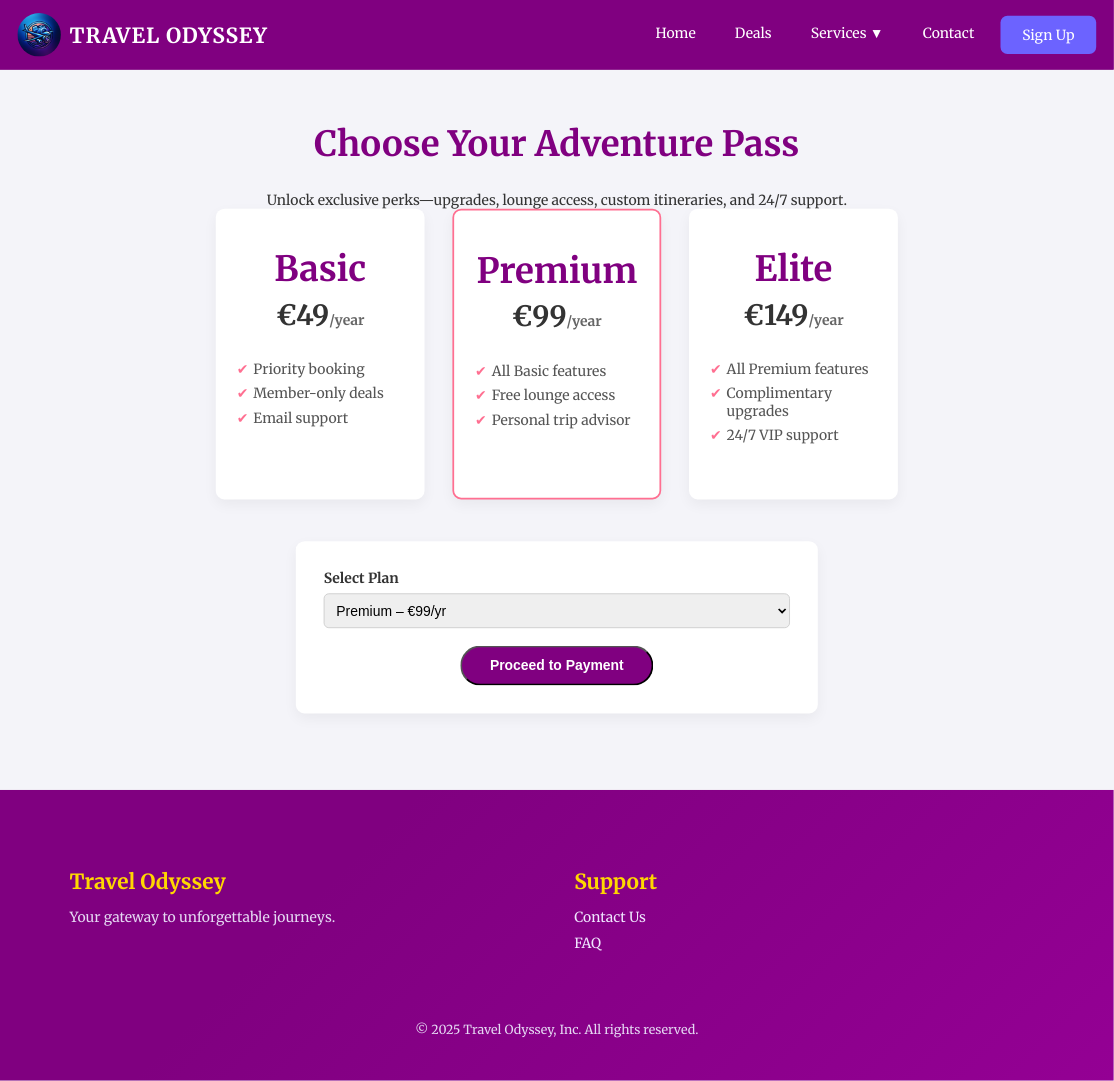
Repository: GHzPhoenix/Project-Odyssey
Page: Frontend/membership.html
An editor plug-in stored every save of this project. The page is shown before and after the next save, followed by the edit.
The browser window is 1280 px wide. The pictures show the whole page, at 87% of full size.

Above is the page before, as saved 2025-06-09 13:03:04.

After the next save:
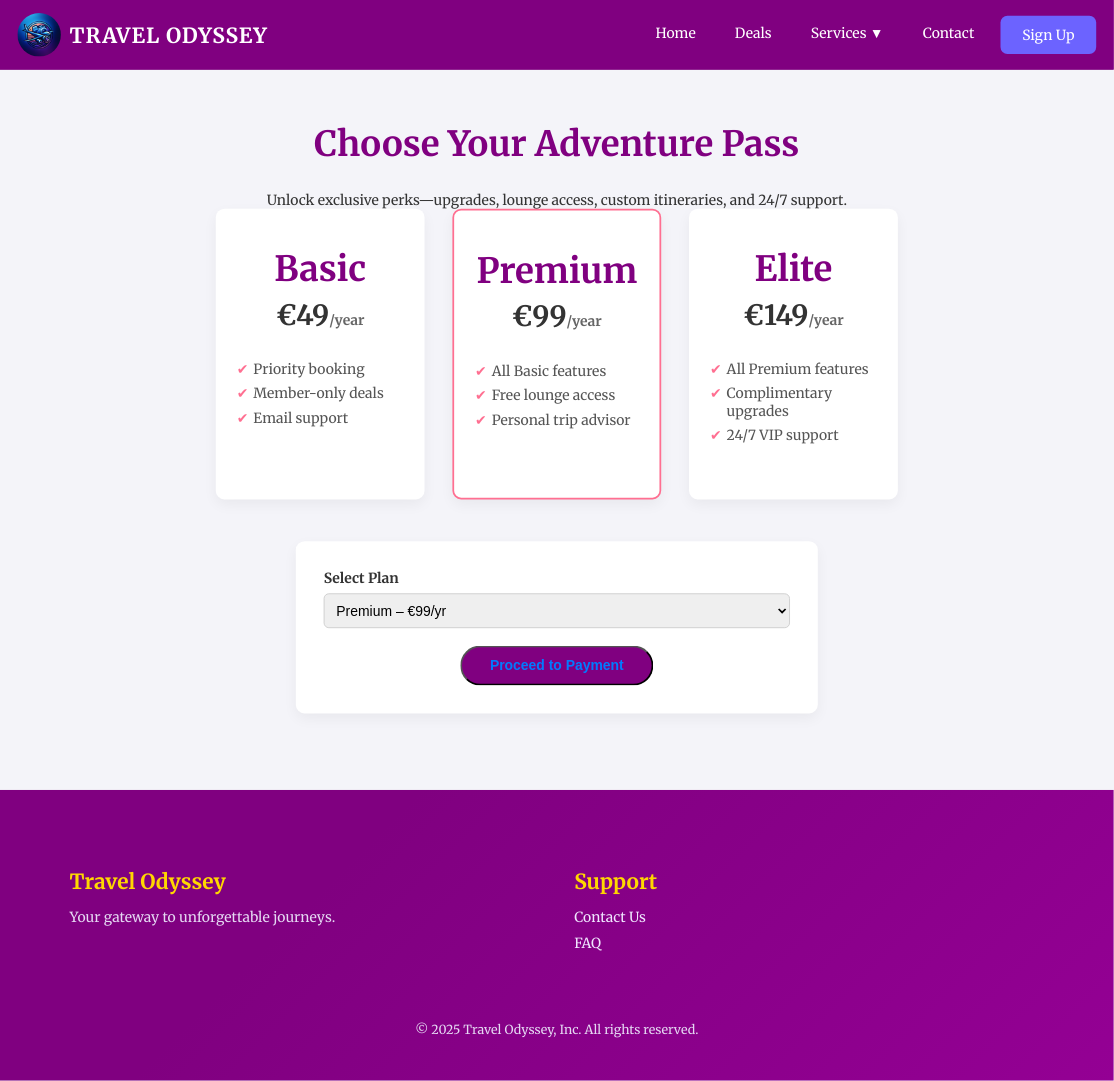
Saved 42 s later.
--- a/Frontend/membership.html
+++ b/Frontend/membership.html
@@ -88,7 +88,7 @@
             <option value="Elite" data-price="149">Elite – €149/yr</option>
           </select>
         </div>
-        <button type="submit" class="join-btn">Proceed to Payment</button>
+        <button type="submit" class="join-btn"><a href="client-area.html"> Proceed to Payment</button></a>
       </form>
     </main>
 

After the 2 saves that followed:
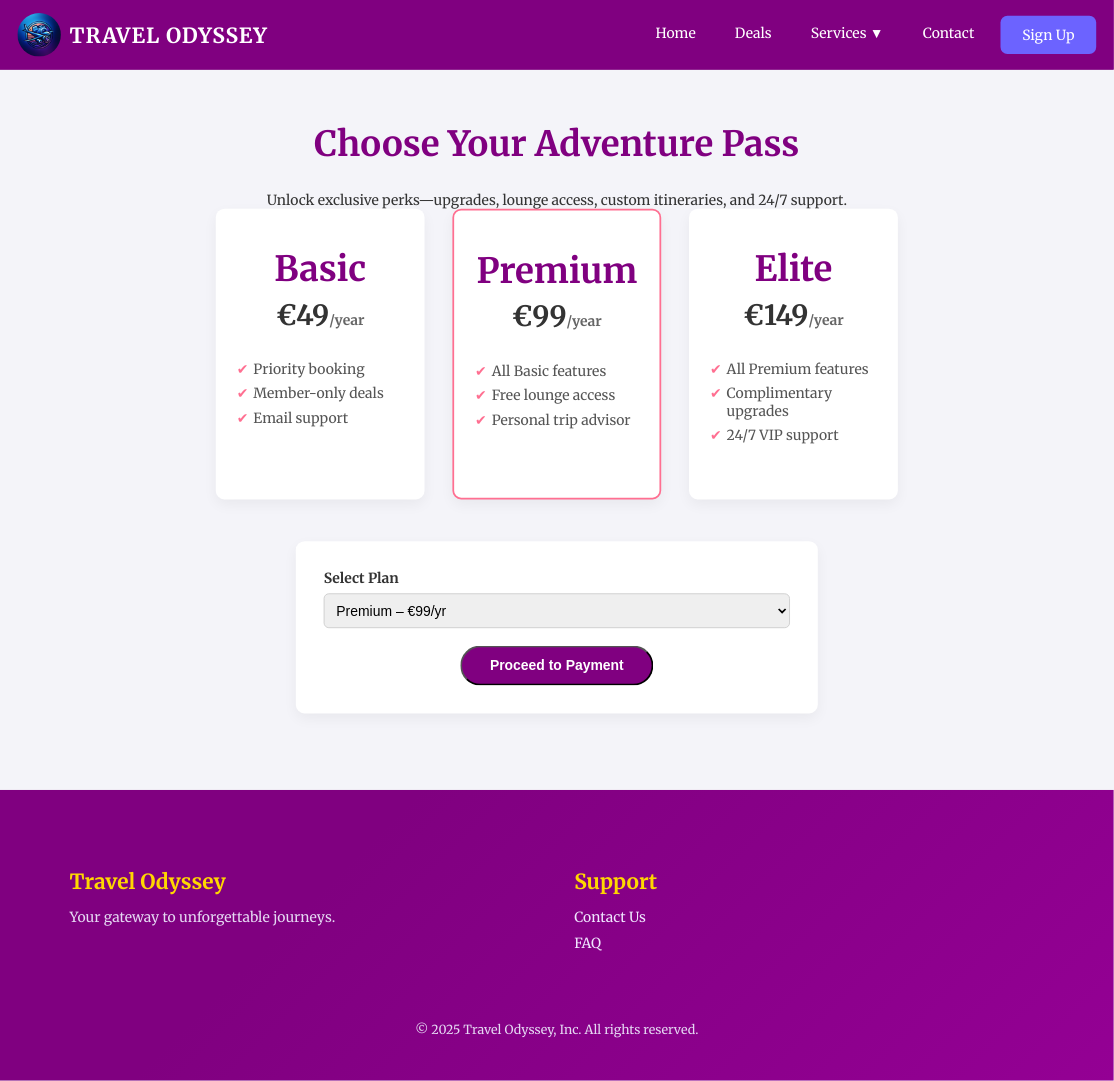
The 2 saves are shown as one change because 1 left the picture as it was.
The last was saved 29 s later.
--- a/Frontend/membership.html
+++ b/Frontend/membership.html
@@ -88,7 +88,7 @@
             <option value="Elite" data-price="149">Elite – €149/yr</option>
           </select>
         </div>
-        <button type="submit" class="join-btn"><a href="client-area.html"> Proceed to Payment</button></a>
+        <button type="submit" class="join-btn"><a href="client-area.html" style="text-decoration: none; color: white;"> Proceed to Payment</button></a>
       </form>
     </main>
 
